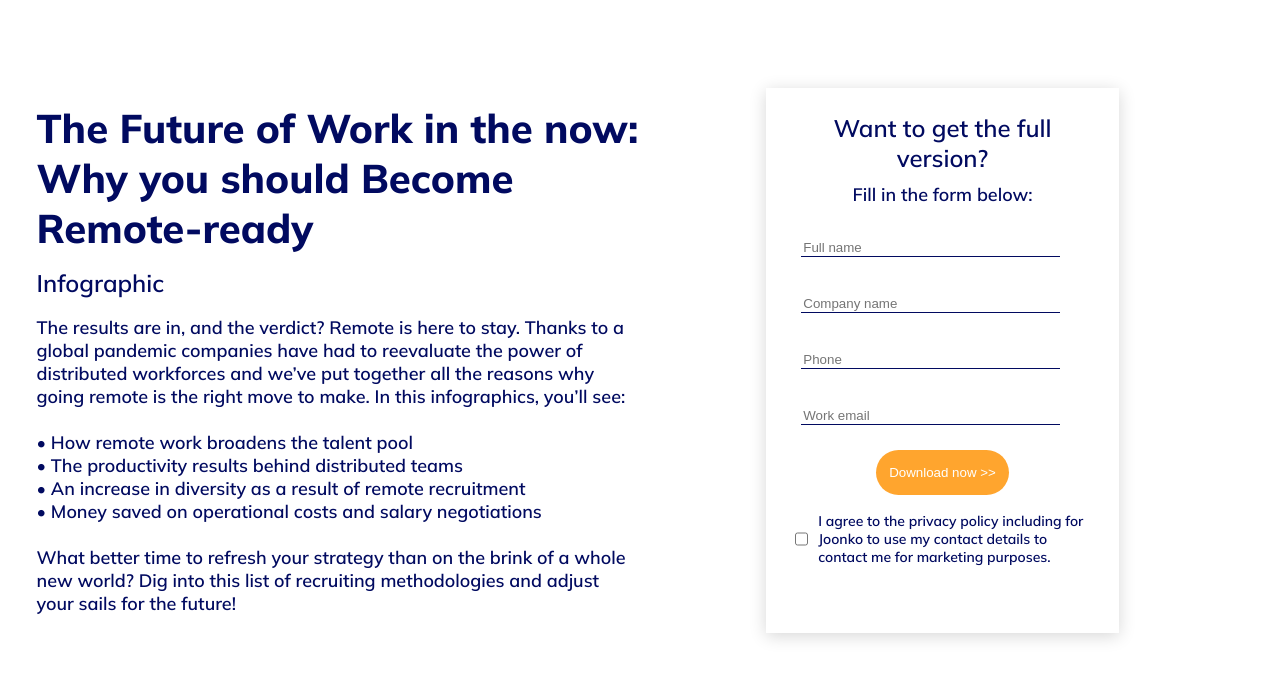
Repository: zivmorad/joonko-form
Page: /
An editor plug-in stored every save of this project. The page is shown before and after a run of saves, followed by the edit.
The browser window is 1280 px wide. The pictures show the whole page.
The project was rebuilt for these pictures with package versions that can differ from the ones it lists, and the page was loaded fresh each time.

Above is the page before, as saved 2021-08-03 13:19:12.

After the next 2 saves:
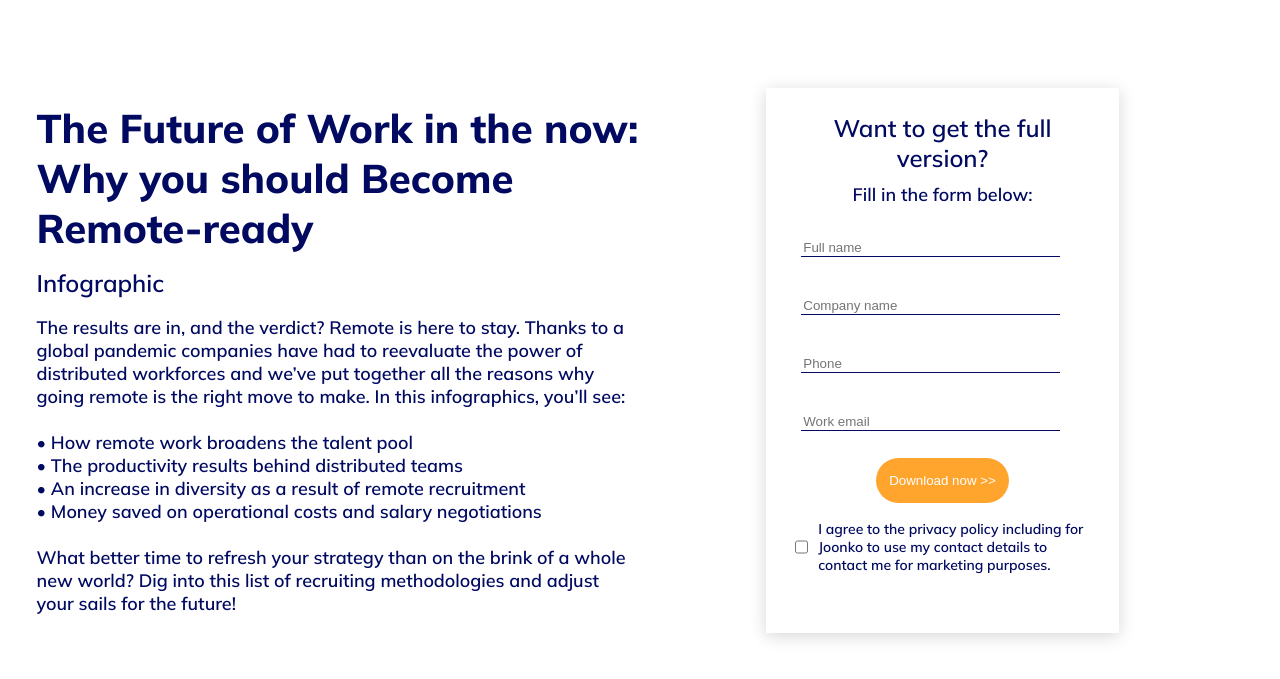
The 2 saves are shown as one change because they came seconds apart.
The last was saved 10 s later.
--- a/src/App.scss
+++ b/src/App.scss
@@ -96,6 +96,7 @@ body {
 							font-size: 12px;
 							height: 15px;
 							opacity: 0;
+							margin-top: 2px;
 							&.error-active {
 								opacity: 1;
 							}
